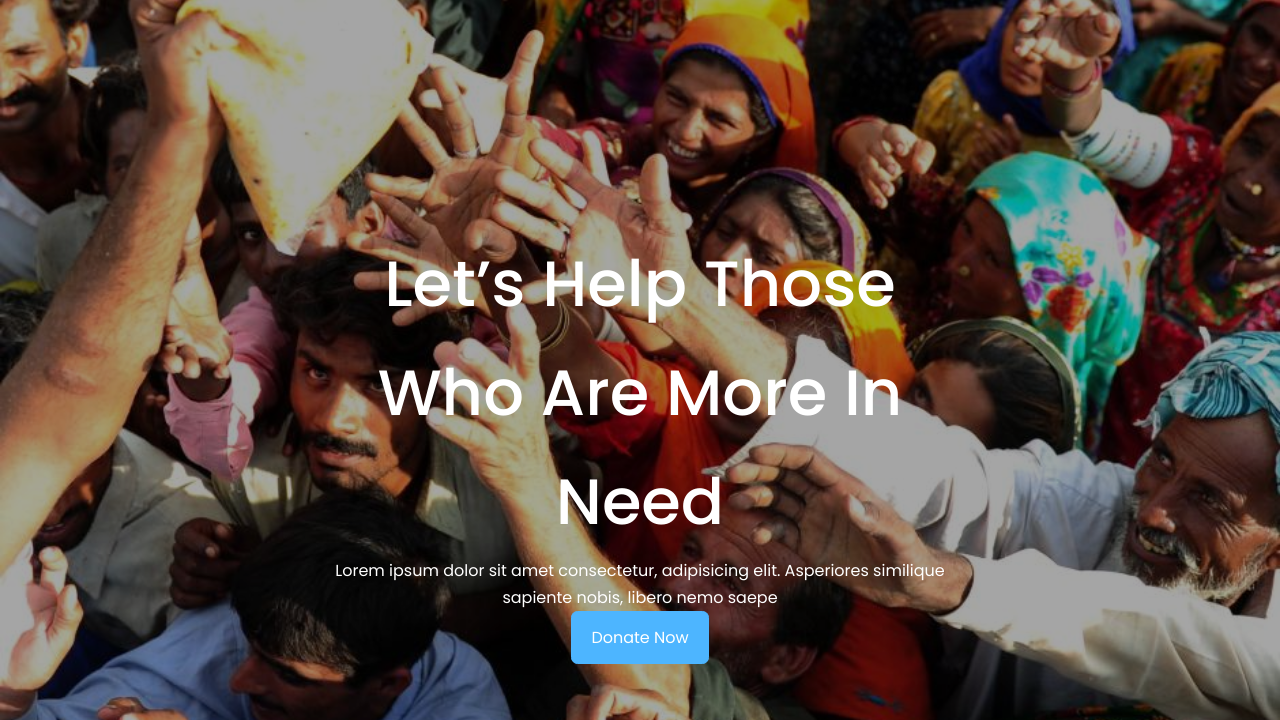
Repository: mdrubel02/donate-website
Page: index.html
An editor plug-in stored every save of this project. The page is shown before and after the next save, followed by the edit.
The browser window is 1280 px wide. The pictures show the whole page.

Above is the page before, as saved 2022-07-06 11:52:59.

### index.html
<!DOCTYPE html>
<html lang="en">
<head>
    <meta charset="UTF-8">
    <meta http-equiv="X-UA-Compatible" content="IE=edge">
    <meta name="viewport" content="width=device-width, initial-scale=1.0">
    <title>Our Donate Website</title>
    <link rel="stylesheet" href="./index.css">
</head>
<body>
    <section class="banner-section">

            <div class="banner-content">
                <h1>Let’s Help Those Who Are More In Need</h1>
                <p>Lorem ipsum dolor sit amet consectetur, adipisicing elit. Asperiores similique sapiente nobis, libero nemo saepe</p>

                <a href="" class="btn btn-primary">Donate Now</a>
            </div>

    </section>
</body>
</html>

### index.css
/* =====GOOGLE FONTS====== */
@import url('https://fonts.googleapis.com/css2?family=Poppins:wght@300;400;500;600&display=swap');

/* =====COMMON STYLES====== */
* {
    margin: 0;
    padding: 0;
    border: 0;
    outline: 0;
    list-style: none;
    text-decoration: none;
}

body {
    font-family: 'Poppins', sans-serif;
    color: #fff;
    line-height: 1.7;
}

h1,
h2,
h3,
h4,
h5,
h6 {
    font-weight: 500;
}

img {
    display: block;
    width: 100%;
    object-fit: cover;
}

.container {
    max-width: 1200px;
    margin: 0 auto;
    padding: 0 30px;
    margin-top: 10%;
    margin-bottom: 10%;
    box-sizing: border-box;
}

a {
    color: #fff;
    transition: all 400ms ease;
}

a:hover {
    color: #fff;
}

.btn {
    text-align: center;
    width: max-content;
    display: inline-block;
    color:#fff;
    padding: 0.75rem 1.2rem;
    border-radius: 0.4rem;
    border: 1px solid #4db5ff;
    cursor: pointer;
    transition: all 400ms ease;
}

.btn:hover {
    background: #fff;
    color: #4db5ff;
    border: 1px solid #4db5ff;
}

.btn-primary {
    background: #4db5ff;
    color: #fff;
}


/* ========BANNER SECTION STYLE======== */

.banner-section{
    background-image: url('./images/donation0.jpg');
    background-repeat: no-repeat;
    background-size: cover;
    background-position: center center;
    object-fit: cover;
    height: 100vh;
    width: 100%;
    position: fixed;
}
.banner-section:after{
    content: "";
    position: absolute;
    top: 0;
    left: 0;
    display: block;
    width: 100%;
    height: 100%;
    background-color: rgba(0, 0, 0, 0.5);
    opacity: .7;
    z-index: -1;
}
.banner-content {
	position: absolute;
	width: 50%;
	top: 32%;
	left: 25%;
	text-align: center;
}
.banner-content h1{
    font-size: 4rem;
}

After the next save:
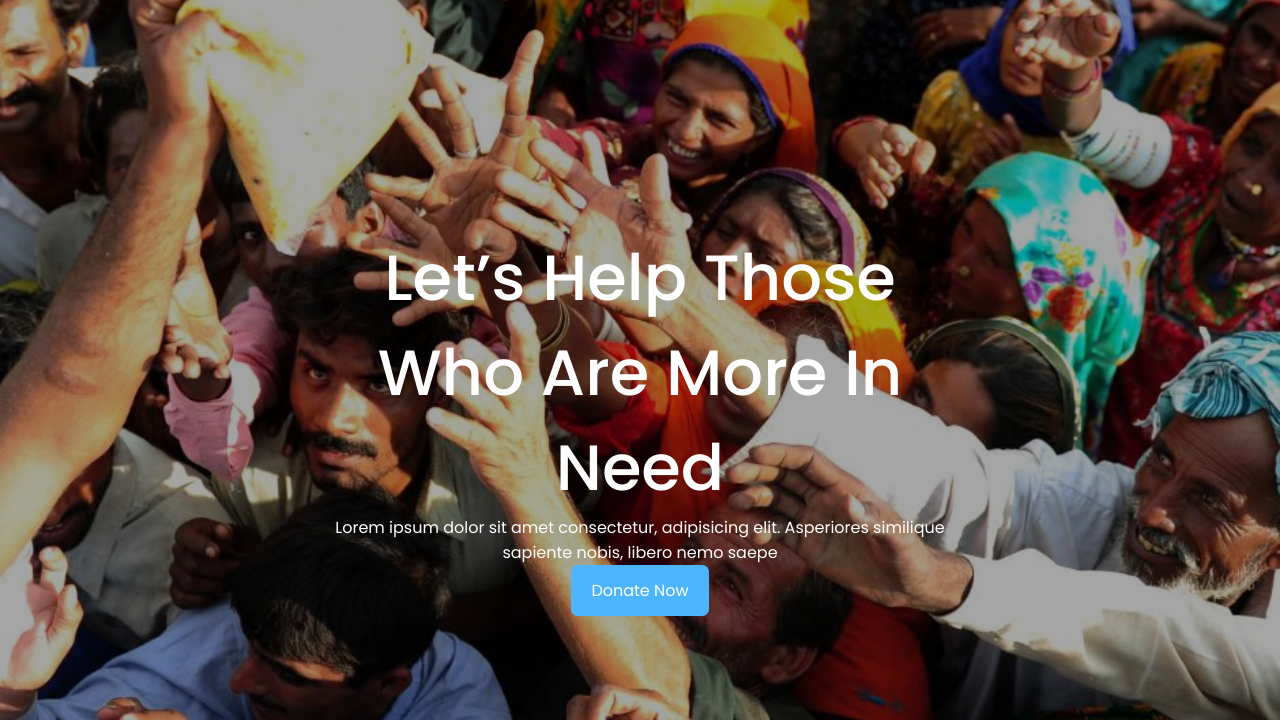
Saved 32 s later.
--- a/index.css
+++ b/index.css
@@ -14,7 +14,6 @@
 body {
     font-family: 'Poppins', sans-serif;
     color: #fff;
-    line-height: 1.7;
 }
 
 h1,
